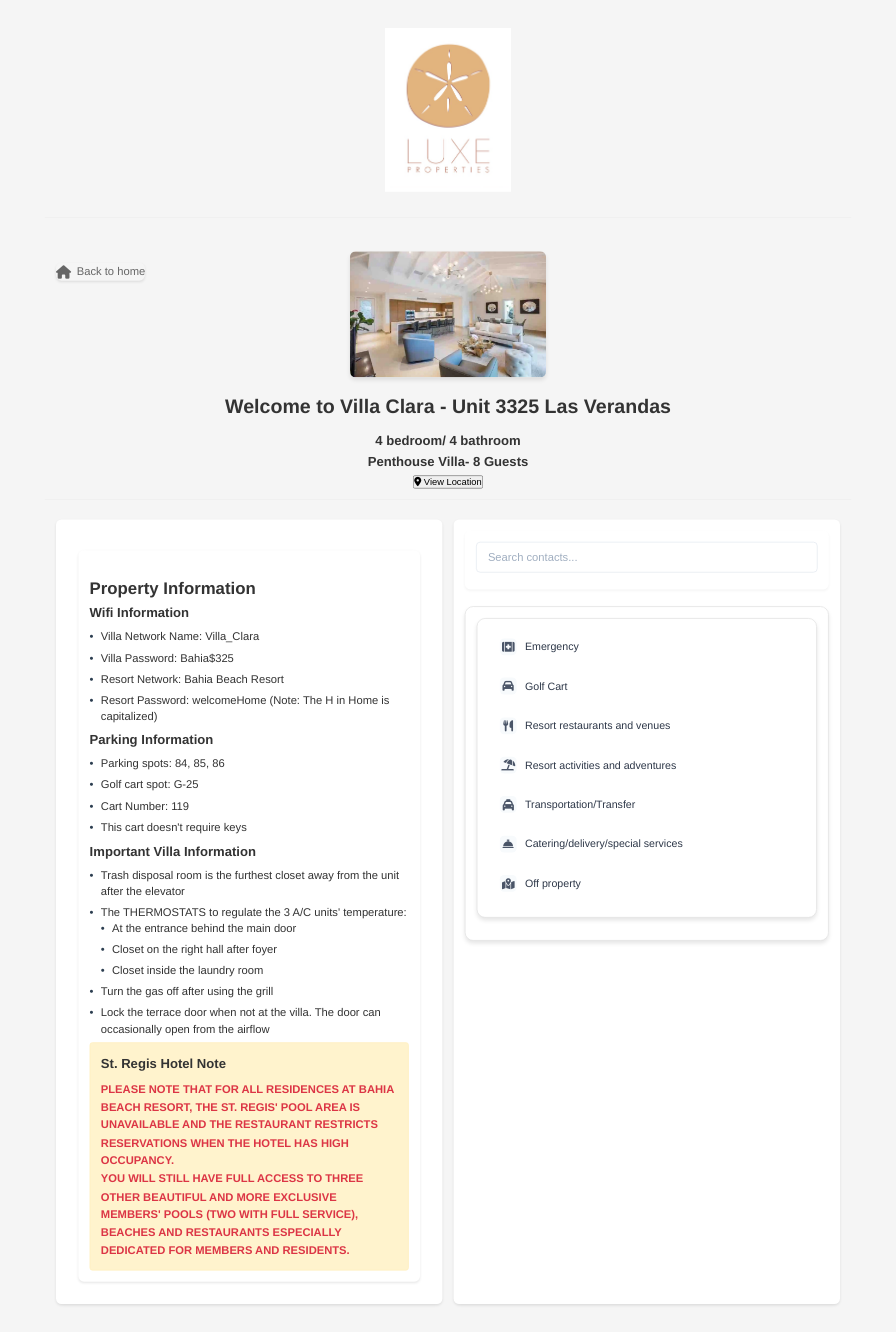
Repository: chvg1968/luxephonebook
Page: public/pages/villaclara.html
These files come from the project's save history. The page is drawn as it stood at one moment and after the next save; the edit follows.
The browser window is 1280 px wide. The pictures show the whole page, at 70% of full size.

Above is the page before, as saved 2025-01-25 08:37:03.
Console error: TypeError: this.updateResults is not a function

### public/pages/villaclara.html
<!DOCTYPE html>
<html lang="en">
<head>
    <meta charset="UTF-8">
    <meta name="viewport" content="width=device-width, initial-scale=1.0">
    <title>Luxe Properties - Villa Clara</title>
    <link rel="stylesheet" href="/public/assets/styles/main.css">
    <link rel="stylesheet" href="/public/assets/styles/components/accordion.css">
    <link rel="stylesheet" href="/public/assets/styles/components/category-tree.css">
    <link rel="stylesheet" href="/public/assets/styles/components/card.css">
    <link rel="stylesheet" href="/public/assets/styles/components/modal.css">
    <link rel="stylesheet" href="/public/assets/styles/components/search.css">
    <link rel="stylesheet" href="https://cdnjs.cloudflare.com/ajax/libs/font-awesome/6.0.0/css/all.min.css">
</head>
<body>
    <div class="container">
        <header class="main-header">
            <div class="logo-container">
                <img src="/public/assets/images/logo.png" alt="Luxe Properties Logo" class="logo">
            </div>
        </header>

        <main>
            <div class="property-welcome">
                <img src="/public/assets/images/properties/villaclara/Villa Clara.jpg" alt="Villa Clara" class="property-image">
                <h1 id="propertyTitle">Welcome to Villa Clara - Unit 3325 Las Verandas</h1>
                <h3>4 bedroom/ 4 bathroom </h3>
                <h3>Penthouse Villa- 8 Guests</h3>
                <div class="property-actions">
                    <a href="/index.html" class="back-to-home">
                        <i class="fas fa-home"></i>
                        <span>Back to home</span>
                    </a>
                    <button class="view-map-btn" onclick="openMapModal()">
                        <i class="fas fa-map-marker-alt"></i>
                        <span>View Location</span>
                    </button>
                </div>
            </div>

            <!-- Modal para el mapa -->
            <div id="mapModal" class="modal">
                <div class="modal-content">
                    <span class="close" onclick="closeMapModal()">&times;</span>
                    <h2>Villa Clara Location</h2>
                    <div class="map-container">
                        <div class="map-wrapper">
                            <img src="/public/assets/images/map.jpg"
                                 alt="Villa Clara Location Map"
                                 class="map-image"
                                 id="mapImage">
                        </div>
                        <div class="map-controls">
                            <button title="Zoom in" onclick="zoomMap(1.2)" class="zoom-btn">
                                <i class="fas fa-search-plus"></i>
                            </button>
                            <button title="Zoom out" onclick="zoomMap(0.8)" class="zoom-btn">
                                <i class="fas fa-search-minus"></i>
                            </button>
                            <button title="Reset zoom" onclick="resetMap()" class="zoom-btn">
                                <i class="fas fa-undo"></i>
                            </button>
                        </div>
                    </div>
                </div>
            </div>

            <div class="two-column-layout">
                <!-- Columna de información de la propiedad -->
                <div class="property-column">
                    <div class="property-hero">
                        <div class="property-info">
                            <div class="info-section">
                                <h2>Property Information</h2>
                                <div class="info-group">
                                    <h3>Wifi Information</h3>
                                    <ul class="info-list">
                                        <li>Villa Network Name: Villa_Clara</li>
                                        <li>Villa Password: Bahia$325</li>
                                        <li>Resort Network: Bahia Beach Resort</li>
                                        <li>Resort Password: welcomeHome (Note: The H in Home is capitalized)</li>
                                    </ul>
                                </div>

                                <div class="info-group">
                                    <h3>Parking Information</h3>
                                    <ul class="info-list">
                                        <li>Parking spots: 84, 85, 86</li>
                                        <li>Golf cart spot: G-25</li>
                                        <li>Cart Number: 119</li>
                                        <li>This cart doesn't require keys</li>
                                    </ul>
                                </div>

                                <div class="info-group">
                                    <h3>Important Villa Information</h3>
                                    <ul class="info-list">
                                        <li>Trash disposal room is the furthest closet away from the unit after the elevator</li>
                                        <li>The THERMOSTATS to regulate the 3 A/C units' temperature:
                                            <ul>
                                                <li>At the entrance behind the main door</li>
                                                <li>Closet on the right hall after foyer</li>
                                                <li>Closet inside the laundry room</li>
                                            </ul>
                                        </li>
                                        <li>Turn the gas off after using the grill</li>
                                        <li>Lock the terrace door when not at the villa. The door can occasionally open from the airflow</li>
                                    </ul>
                                </div>

                                <div class="info-group warning">
                                    <h3>St. Regis Hotel Note</h3>
                                    <p>PLEASE NOTE THAT FOR ALL RESIDENCES AT BAHIA BEACH RESORT, THE ST. REGIS' POOL AREA IS UNAVAILABLE AND THE RESTAURANT RESTRICTS RESERVATIONS WHEN THE HOTEL HAS HIGH OCCUPANCY.</p>
                                    <p>YOU WILL STILL HAVE FULL ACCESS TO THREE OTHER BEAUTIFUL AND MORE EXCLUSIVE MEMBERS' POOLS (TWO WITH FULL SERVICE), BEACHES AND RESTAURANTS ESPECIALLY DEDICATED FOR MEMBERS AND RESIDENTS.</p>
                                </div>
                            </div>
                        </div>
                    </div>
                </div>

                <!-- Columna de búsqueda y categorías -->
                <div class="search-column">
                    <div class="search-container">
                        <input type="text" id="searchInput" class="search-input" placeholder="Search contacts...">
                        <div id="stats" class="search-stats"></div>
                    </div>

                    <!-- Árbol de categorías -->
                    <div id="categoryTree" class="category-tree"></div>

                    <div id="resultsContainer" class="results"></div>
                </div>
            </div>
        </main>
    </div>

    <script type="module" src="/public/js/property.js"></script>
</body>
</html>

### public/assets/styles/components/modal.css
.modal {
    display: none;
    position: fixed;
    z-index: 1000;
    left: 0;
    top: 0;
    width: 100%;
    height: 100%;
    background-color: rgba(0,0,0,0.5);
    /* Centrado con flexbox */
    justify-content: center;
    align-items: center;
}

.modal-content {
    background-color: #fefefe;
    padding: 2rem;
    border: 1px solid #888;
    width: 90%;
    max-width: 600px;
    border-radius: 8px;
    max-height: 80vh;
    overflow-y: auto;
    /* Quitar margin y usar flexbox del padre */
    margin: 0;
    position: relative;
    /* Sombra suave */
    box-shadow: 0 4px 6px rgba(0, 0, 0, 0.1);
}

.close {
    position: absolute;
    right: 1rem;
    top: 1rem;
    color: #aaa;
    font-size: 28px;
    font-weight: bold;
    cursor: pointer;
    line-height: 1;
}

.close:hover {
    color: #000;
}

.info-section {
    margin: 20px 0;
}

.warning {
    background-color: #fff3cd;
    border: 1px solid #ffeeba;
    padding: 15px;
    border-radius: 4px;
}

.warning-text {
    color: #856404;
    font-weight: bold;
    margin-top: 10px;
}

/* Asegurar que la modal se muestre correctamente */
.modal.show {
    display: flex;
}

### public/js/components/CategoryTree.js
export class CategoryTree {
    constructor(containerId) {
        this.container = document.getElementById(containerId);
        this.selectedCategory = null;
        this.activeSection = null;
        this.selectCallback = null;

        // Mapeo de iconos para cada categoría y sección
        this.icons = {
            // Secciones principales
            "Emergency": "fa-kit-medical",
            "Golf Cart": "fa-car",
            "Resort restaurants and venues": "fa-utensils",
            "Resort activities and adventures": "fa-umbrella-beach",
            "Transportation/Transfer": "fa-taxi",
            "Catering/delivery/special services": "fa-concierge-bell",
            "Off property": "fa-map-location-dot",

            // Categorías
            "Hotel": "fa-hotel",
            "Spa": "fa-spa",
            "Wellness center": "fa-heart-pulse",
            "Bar": "fa-martini-glass",
            "Resort Restaurant": "fa-utensils",
            "Off Property Restaurant": "fa-store",
            "Scuba Diving Tours": "fa-water",
            "Aqua Tours": "fa-ship",
            "Tours": "fa-map-marked-alt",
            "Activities Reservations": "fa-calendar-check",
            "Tennis Reservations": "fa-table-tennis",
            "Wellness Center": "fa-heart-pulse",
            "Concierge": "fa-bell-concierge",
            "Transportation": "fa-taxi",
            "Nanny Services": "fa-baby",
            "Professional Photography": "fa-camera",
            "Personal Care and Fitness": "fa-hand-sparkles",
            "Kid's Club": "fa-children",
            "Personal Chefs": "fa-hat-chef",
            "Pre-Made Meals and Catering": "fa-plate-wheat",
            "Delivery Services and Personal Grocery Shopping": "fa-shopping-cart",
            "Butler Services": "fa-user-tie",
            "Concierge Services": "fa-bell-concierge",
            "Shopping": "fa-shopping-bag"
        };
    }

    onSelect(callback) {
        this.selectCallback = callback;
    }

    clearSelection() {
        const selected = this.container.querySelectorAll('.selected');
        selected.forEach(el => el.classList.remove('selected'));
        this.selectedCategory = null;
        this.activeSection = null;
    }

    getIcon(category) {
        return this.icons[category] || 'fa-circle';
    }

    render() {
        const tree = document.createElement('div');
        tree.className = 'category-tree';

        // Estructura completa del árbol
        const sections = {
            "Emergency": {
                isSpecial: true,
                categories: []
            },
            "Golf Cart": {
                isSpecial: true,
                categories: []
            },
            "Resort restaurants and venues": {
                isSpecial: false,
                categories: [
                    "Hotel",
                    "Spa",
                    "Wellness Center",
                    "Bar",
                    "Restaurant"
                ]
            },
            "Resort activities and adventures": {
                isSpecial: false,
                categories: [
                    "Scuba Diving Tours",
                    "Aqua Tours",
                    "Tours",
                    "Activities Reservations",
                    "Tennis Reservations",
                    "Wellness Center",
                    "Concierge"
                ]
            },
            "Transportation/Transfer": {
                isSpecial: false,
                categories: ["Transportation"]
            },
            "Catering/delivery/special services": {
                isSpecial: false,
                categories: [
                    "Nanny Services",
                    "Professional Photography",
                    "Personal Care and Fitness",
                    "Kid's Club",
                    "Personal Chefs and Catering",
                    "Butler Services",
                    "Concierge Services",
                    "Delivery Services"
                ]
            },
            "Off property": {
                isSpecial: false,
                categories: [
                    "Restaurant",
                    "Shopping"
                ]
            }
        };

        // Renderizar el árbol
        Object.entries(sections).forEach(([section, config]) => {
            const sectionEl = document.createElement('div');
            sectionEl.className = 'category-section';
            sectionEl.dataset.special = config.isSpecial;

            // Crear encabezado de sección
            const header = document.createElement('div');
            header.className = 'category-header';
            header.dataset.isSpecial = config.isSpecial;

            // Agregar icono de la sección
            const sectionIcon = document.createElement('i');
            sectionIcon.className = `fas ${this.getIcon(section)}`;
            header.appendChild(sectionIcon);

            const title = document.createElement('span');
            title.textContent = section;
            header.appendChild(title);

            sectionEl.appendChild(header);

            // Crear lista de categorías
            if (config.categories.length > 0) {
                const list = document.createElement('div');
                list.className = 'category-list collapsed';

                config.categories.forEach(category => {
                    const item = document.createElement('div');
                    item.className = 'category-item';

                    const icon = document.createElement('i');
                    icon.className = `fas ${this.getIcon(category)}`;
                    item.appendChild(icon);

                    const text = document.createElement('span');
                    text.textContent = category;
                    item.appendChild(text);

                    list.appendChild(item);
                });

                sectionEl.appendChild(list);
            }

            tree.appendChild(sectionEl);
        });

        this.container.appendChild(tree);
        this.setupEventListeners();
    }

    setupEventListeners() {
        // Event listeners para los encabezados
        const headers = this.container.querySelectorAll('.category-header');
        headers.forEach(header => {
            const section = header.parentElement;
            const isSpecial = header.dataset.isSpecial === 'true';

            header.addEventListener('click', () => {
                if (isSpecial) {
                    // Para Emergency y Golf Cart
                    const sectionName = header.querySelector('span').textContent;

                    this.clearSelection();
                    header.classList.add('selected');

                    if (this.selectCallback) {
                        this.selectCallback({
                            category: sectionName,
                            section: sectionName
                        });
                    }
                    this.scrollToResults();
                } else {
                    // Para las demás secciones, toggle de la lista
                    // Cerrar otras secciones expandidas
                    const otherExpandedSections = this.container.querySelectorAll('.category-section.expanded');
                    otherExpandedSections.forEach(otherSection => {
                        if (otherSection !== section) {
                            otherSection.classList.remove('expanded');
                            otherSection.querySelector('.category-header').classList.remove('expanded');
                        }
                    });

                    section.classList.toggle('expanded');
                    header.classList.toggle('expanded');
                }
            });
        });

        // Event listeners para los items de categoría
        const items = this.container.querySelectorAll('.category-item');
        items.forEach(item => {
            item.addEventListener('click', () => {
                const categoryName = item.querySelector('span').textContent;
                const section = item.closest('.category-section');
                const sectionName = section.querySelector('.category-header span').textContent;

                this.clearSelection();
                item.classList.add('selected');

                if (this.selectCallback) {
                    this.selectCallback({
                        category: categoryName,
                        section: sectionName
                    });
                }
                this.scrollToResults();
            });
        });
    }

    scrollToResults() {
        const resultsContainer = document.getElementById('resultsContainer');
        if (resultsContainer) {
            resultsContainer.scrollIntoView({ behavior: 'smooth', block: 'start' });
        }
    }

    collapseAll() {
        if (this.container) {
            // Ocultar el árbol
            this.container.style.display = 'none';
        }
    }

    expandAll() {
        if (this.container) {
            // Mostrar el árbol
            this.container.style.display = 'block';
        }
    }
}

Loaded but not shown: public/js/data/contacts.js (1101 lines, source omitted); public/js/components/Card.js (213 lines, source omitted); public/js/property.js (191 lines, source omitted); public/js/utils/filters.js (82 lines, source omitted); public/js/components/ScrollToTop.js (92 lines, source omitted); public/js/components/Modal.js (69 lines, source omitted); public/js/components/SearchBar.js (56 lines, source omitted); public/assets/styles/main.css (410 lines, source omitted); public/assets/styles/components/category-tree.css (184 lines, source omitted); public/assets/styles/components/accordion.css (219 lines, source omitted); public/assets/styles/components/card.css (188 lines, source omitted); public/assets/styles/components/search.css (108 lines, source omitted)

After the next save:
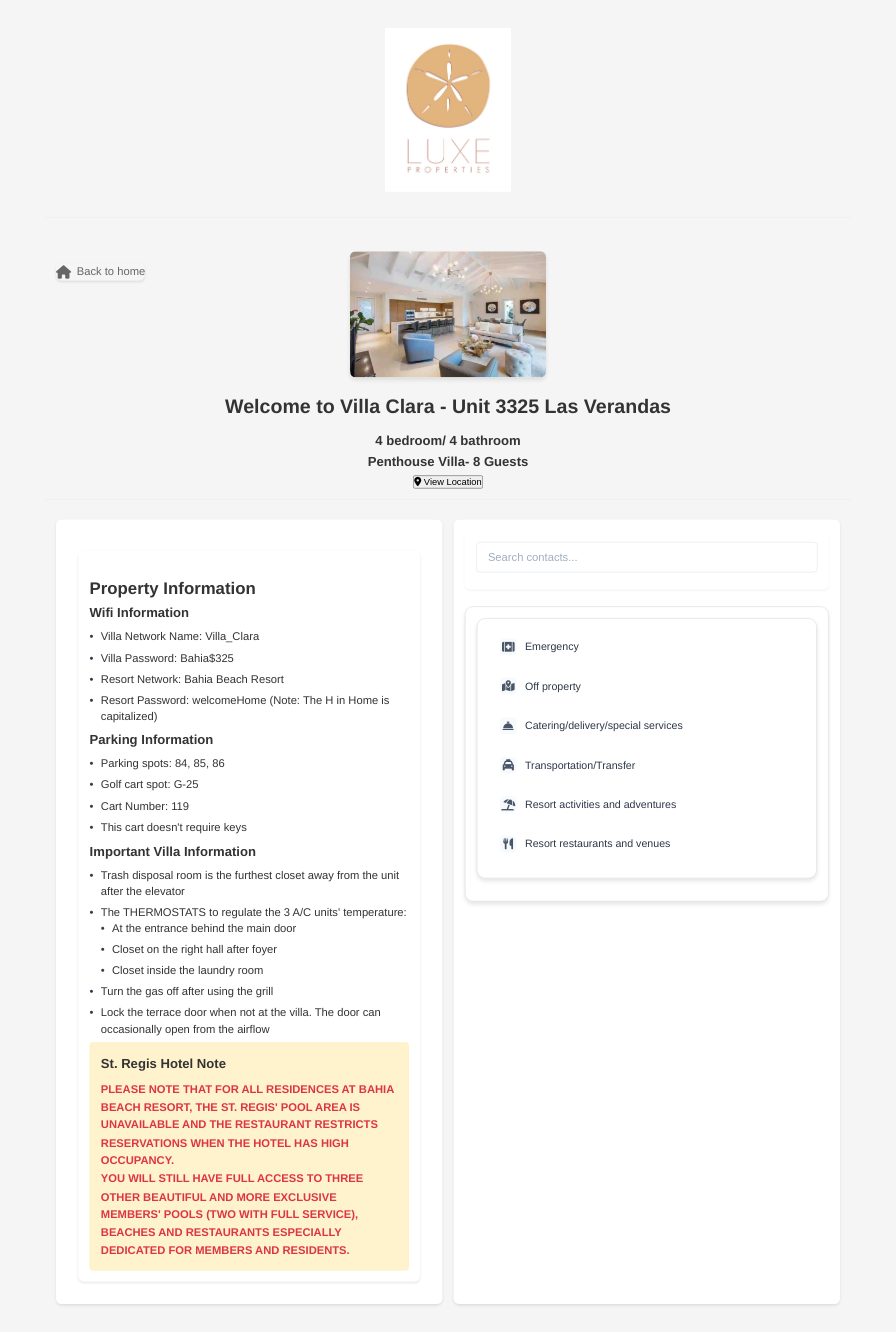
Saved 14 h 19 min later.
--- a/public/js/components/CategoryTree.js
+++ b/public/js/components/CategoryTree.js
@@ -9,7 +9,6 @@
         this.icons = {
             // Secciones principales
             "Emergency": "fa-kit-medical",
-            "Golf Cart": "fa-car",
             "Resort restaurants and venues": "fa-utensils",
             "Resort activities and adventures": "fa-umbrella-beach",
             "Transportation/Transfer": "fa-taxi",
@@ -30,6 +29,7 @@
             "Tennis Reservations": "fa-table-tennis",
             "Wellness Center": "fa-heart-pulse",
             "Concierge": "fa-bell-concierge",
+            "Concierge Services": "fa-bell-concierge",
             "Transportation": "fa-taxi",
             "Nanny Services": "fa-baby",
             "Professional Photography": "fa-camera",
@@ -39,8 +39,8 @@
             "Pre-Made Meals and Catering": "fa-plate-wheat",
             "Delivery Services and Personal Grocery Shopping": "fa-shopping-cart",
             "Butler Services": "fa-user-tie",
-            "Concierge Services": "fa-bell-concierge",
-            "Shopping": "fa-shopping-bag"
+            "Shopping": "fa-shopping-bag",
+            "Golf Cart": "fa-car"
         };
     }
 
@@ -69,35 +69,12 @@
                 isSpecial: true,
                 categories: []
             },
-            "Golf Cart": {
-                isSpecial: true,
-                categories: []
-            },
-            "Resort restaurants and venues": {
-                isSpecial: false,
-                categories: [
-                    "Hotel",
-                    "Spa",
-                    "Wellness Center",
-                    "Bar",
-                    "Restaurant"
-                ]
-            },
-            "Resort activities and adventures": {
-                isSpecial: false,
-                categories: [
-                    "Scuba Diving Tours",
-                    "Aqua Tours",
-                    "Tours",
-                    "Activities Reservations",
-                    "Tennis Reservations",
-                    "Wellness Center",
-                    "Concierge"
-                ]
-            },
-            "Transportation/Transfer": {
-                isSpecial: false,
-                categories: ["Transportation"]
+            "Off property": {
+                isSpecial: false,
+                categories: [
+                    "Restaurant",
+                    "Shopping"
+                ]
             },
             "Catering/delivery/special services": {
                 isSpecial: false,
@@ -112,11 +89,31 @@
                     "Delivery Services"
                 ]
             },
-            "Off property": {
+            "Transportation/Transfer": {
+                isSpecial: false,
+                categories: ["Transportation"]
+            },
+            "Resort activities and adventures": {
+                isSpecial: false,
+                categories: [
+                    "Golf Cart",
+                    "Scuba Diving Tours",
+                    "Aqua Tours",
+                    "Tours",
+                    "Activities Reservations",
+                    "Tennis Reservations",
+                    "Wellness Center",
+                    "Concierge"
+                ]
+            },
+            "Resort restaurants and venues": {
                 isSpecial: false,
                 categories: [
                     "Restaurant",
-                    "Shopping"
+                    "Bar",
+                    "Hotel",
+                    "Spa",
+                    "Wellness Center"
                 ]
             }
         };
@@ -182,7 +179,7 @@
 
             header.addEventListener('click', () => {
                 if (isSpecial) {
-                    // Para Emergency y Golf Cart
+                    // Para Emergency
                     const sectionName = header.querySelector('span').textContent;
 
                     this.clearSelection();
